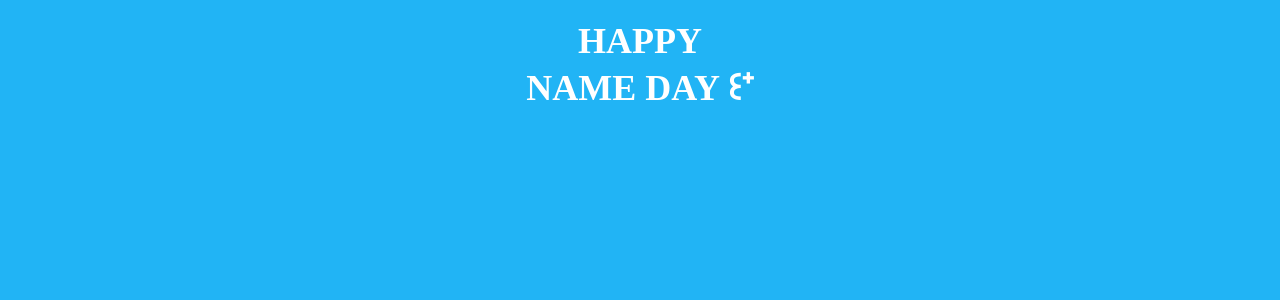
Repository: naps00/BIRTHDAY
Page: /details
The author's editor kept a copy of each file at every save. The page is drawn from the files as they stood at one save, then again after the next save.
The browser window is 1280 px wide. The pictures show the whole page.
The project was rebuilt for these pictures with package versions that can differ from the ones it lists, and the page was loaded fresh each time.

Above is the page before, as saved 2024-12-12 04:03:15.

### src/App.js
import React, { useState } from 'react';
import { BrowserRouter as Router, Route, Routes, Link } from 'react-router-dom';
import './App.css';
import Details from './details.js'; // นำเข้า Details.js

function Home() {
  const [showModal, setShowModal] = useState(false);

  // เมื่อวีดีโอจบ ให้แสดง modal
  const handleVideoEnd = () => {
    setShowModal(true);
  };

  return (
    <div className="App">
      <div className="container">
        <div className="text-section" style={{ flex: 1, display: 'flex', flexDirection: 'column', justifyContent: 'center', alignItems: 'center', textAlign: 'center', height: '100vh', color: 'black', fontSize: 'calc(3vw + 0vh)', fontWeight: 'bold' }}>
          <h2>HAPPY BIRTHDAY !!</h2>
          <p>MY LOVE ♡ </p>
          <img src="https://img2.pic.in.th/pic/fc8c0bdfae313c2ffd700a21b05915d6-removebg-preview.png" alt="Happy Birthday Decoration" style={{width: '200px', height: '200PX' }} />
        </div>

        <div className="video-section">
          <video
            className="video-player"
            controls
            onEnded={handleVideoEnd}
          >
            <source src="https://v1.pinimg.com/videos/mc/720p/3d/2a/3c/3d2a3ca4078af4f14258938781ed5f8e.mp4" type="video/mp4" />
            Your browser does not support the video tag.
          </video>
        </div>
      </div>

      {/* Modal */}
      {showModal && (
        <div className="modal-backdrop">
          <div className="modal-content">
            <h2>Are you ready?</h2>
            {/* เปลี่ยนปุ่ม "ปิด" ให้เป็นลิงค์ไปยังหน้า /details */}
            <Link to="/details">
              <button className="pulse">GO !!</button>
            </Link>
          </div>
        </div>
      )}

      {/* เพิ่มอิโมจิที่วิ้งๆ */}
      <div className="emoji">🌟</div>
      <div className="emoji2">✨</div>
      <div className="emoji3">💕</div>

    </div>
  );
}

function App() {
  return (
    <Router>
      <Routes>
        <Route path="/" element={<Home />} />
        <Route path="/details" element={<Details />} /> {/* เพิ่มเส้นทางสำหรับหน้า /details */}
      </Routes>
    </Router>
  );
}

export default App;

### src/App.css
/* การจัด layout ของแอปพลิเคชัน */
.App {
  background-color: white;
  min-height: 100vh;
  display: flex;
  justify-content: center;
  align-items: center;
}

/* ส่วนที่ใช้จัด layout */
.container {
  display: flex;
  flex-direction: row; /* แบ่งพื้นที่ออกเป็น 2 ส่วน */
  width: 100%;
  height: 100vh;
}

/* ส่วนข้อความ */
.text-section {
  flex: 1;
  display: flex;
  flex-direction: column;
  justify-content: center;
  align-items: center;
  padding: 20px;
  background-color: #f9f9f9;
}

.text-section h1 {
  margin-bottom: 20px;
}

/* ส่วนวีดีโอ */
.video-section {
  flex: 1;
  display: flex;
  justify-content: center;
  align-items: center;
  background-color: #000;
}

.video-player {
  width: 100%; /* ให้วีดีโอเต็มความกว้าง */
  height: 100%; /* ให้วีดีโอเต็มความสูง */
  object-fit: cover; /* ปรับวีดีโอให้เต็มพื้นที่โดยไม่เสียสัดส่วน */

/* การแสดง modal */
}
.modal-backdrop {
  position: fixed;
  top: 0;
  left: 0;
  width: 100%;
  height: 100%;
  background: rgba(0, 0, 0, 0.7);
  display: flex;
  justify-content: center;
  align-items: center;
  z-index: 100; /* ทำให้ modal อยู่เหนือสิ่งอื่น */
  animation: fadeInPop 0.5s ease-out;
}

/* เพิ่ม z-index ให้ modal-content */
.modal-content {
  background: white;
  padding: 20px;
  border-radius: 10px;
  text-align: center;
  box-shadow: 0 2px 10px rgba(0, 0, 0, 0.3);
  animation: slideUp 0.3s ease-out;
  z-index: 101; /* ทำให้เนื้อหาของ modal อยู่เหนือ backdrop */
}

/* การแอนิเมชัน fade-in และ pop-up สำหรับ modal backdrop */
@keyframes fadeInPop {
  0% {
    opacity: 0;
    transform: scale(0.8);
  }
  100% {
    opacity: 1;
    transform: scale(1);
  }
}

body {
  font-family: 'Coiny', cursive;
  margin: 0;
  padding: 0;
  box-sizing: border-box;
  background-color: #fef9ef;
  color: #333;
}

h1, h2, p {
  font-family: 'Coiny', cursive; /* ฟอนต์ใหม่สำหรับข้อความ */
}

button {
  font-family: 'Coiny', cursive;
  font-size: 1.2rem;
  background-color: #ff6f61;
  color: #fff;
  padding: 10px 20px;
  border: none;
  border-radius: 8px;
  cursor: pointer;
  transition: background-color 0.3s ease, transform 0.3s ease;
}

button:hover {
  background-color: #ff3d3d;
  transform: scale(1.1);
}

/* การแอนิเมชัน slide-up สำหรับ modal content */
@keyframes slideUp {
  0% {
    transform: translateY(20px);
    opacity: 0;
  }
  100% {
    transform: translateY(0);
    opacity: 1;
  }
}

.modal-content h2 {
  margin-bottom: 20px;
}

.modal-content button {
  padding: 10px 20px;
  background-color: #007bff;
  color: white;
  border: none;
  border-radius: 5px;
  cursor: pointer;
  transition: transform 0.3s ease, background-color 0.3s ease;
}

/* เอฟเฟกต์เมื่อ hover ปุ่ม */
.modal-content button:hover {
  background-color: #0056b3;
  transform: scale(1.1); /* ขยายขนาดปุ่มเมื่อ hover */
}

/* เอฟเฟกต์การเต้นของปุ่ม */
@keyframes pulse {
  0% {
    transform: scale(1);
    opacity: 1;
  }
  50% {
    transform: scale(1.1);
    opacity: 0.8;
  }
  100% {
    transform: scale(1);
    opacity: 1;
  }
}

.pulse {
  animation: pulse 1.5s infinite;
}

/* อิโมจิวิ้งๆ */
.emoji {
  position: fixed;
  top: 30%;
  right: 50%;
  font-size: 30px;
  animation: smoothBounce 1.4s infinite;
  z-index: 50; /* ทำให้ไอคอนอิโมจิอยู่ใต้ modal */
}
.emoji2 {
  position: fixed;
  top: 18%;
  right: 97%;
  font-size: 30px;
  animation: smoothBounce 1.5s infinite;
  z-index: 50; /* ทำให้ไอคอนอิโมจิอยู่ใต้ modal */
}
.emoji3 {
  position: fixed;
  top: 63%;
  right: 65%;
  font-size: 50px;
  animation: smoothBounce 3s infinite;
  z-index: 50; /* ทำให้ไอคอนอิโมจิอยู่ใต้ modal */
}
/* การกระพิบ */
/* @keyframes fadeInOut {
  0%, 100% {
    opacity: 0;
  }
  50% {
    opacity: 1;
  }
}

.fade {
  animation: fadeInOut 1s infinite;
} */

/* การแอนิเมชันวิ้ง */
@keyframes smoothBounce {
  0%, 100% {
    transform: translateY(0);
    opacity: 1;
  }
  25% {
    transform: translateY(-1px);
    opacity: 1;
  }
  50% {
    transform: translateY(-1px);
    opacity: 1;
  }
  75% {
    transform: translateY(5px);
    opacity: 1;
  }
}


/* การแอนิเมชัน zoom-in */
@keyframes zoomIn {
  0% {
    transform: scale(0.8);
    opacity: 0;
  }
  100% {
    transform: scale(1);
    opacity: 1;
  }
}

.zoom-in {
  animation: zoomIn 0.4s ease-out;
}

/* เอฟเฟกต์ fade-in สำหรับเนื้อหาที่โหลด */
.fade-in {
  opacity: 0;
  animation: fadeIn 1s forwards;
}

@keyframes fadeIn {
  from {
    opacity: 0;
  }
  to {
    opacity: 1;
  }
}

### src/details.js
import React, { useState, useEffect } from 'react';
import './details.css';

function DetailsPage() {
  const [isBlue, setIsBlue] = useState(true);

  // ฟังก์ชันเพื่อสลับสีพื้นหลังทุก 2 วินาที
  useEffect(() => {
    const interval = setInterval(() => {
      setIsBlue((prev) => !prev);
    }, 2000); // สลับทุก 2 วินาที

    return () => clearInterval(interval); // เคลียร์ interval เมื่อคอมโพเนนต์ถูก unmount
  }, []);

  return (
    <div className={`details-page ${isBlue ? 'blue' : 'pink'}`}>
      <div className="content">
        <h1>
          HAPPY <br />
          NAME DAY ꒰⁺
        </h1>
      </div>
    </div>
  );
}

export default DetailsPage;

### src/details.css
.details-page {
  display: flex;
  justify-content: center; /* จัดให้ข้อความอยู่กลางแนวนอน */
  align-items: flex-start; /* จัดให้ข้อความอยู่ที่ด้านบนสุด */
  height: 100vh;
  transition: background-color 2s ease-in-out;
}

.details-page.blue {
  background-color: #00bfff; /* ฟ้าสด */
}

.details-page.pink {
  background-color: #ff69b4; /* ชมพูสด */
}

.content h1 {
  font-size: 36px;
  font-weight: bold;
  color: white;
  text-align: center;
  margin: 0;
  padding-top: 20px; /* ระยะห่างจากขอบบน */
}

Loaded but not shown: public/index.html (common file); src/index.js (common file); src/index.css (common file); src/reportWebVitals.js (common file)

After the next save:
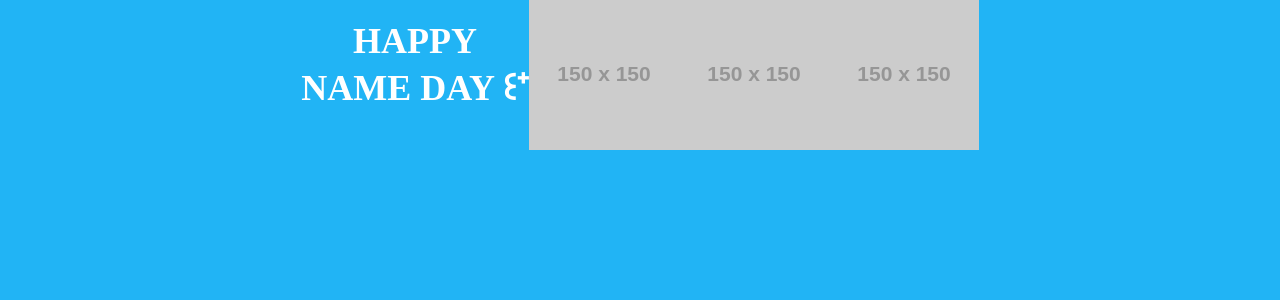
Saved 3 min 27 s later.
--- a/src/details.js
+++ b/src/details.js
@@ -21,6 +21,12 @@ function DetailsPage() {
           NAME DAY ꒰⁺
         </h1>
       </div>
+      <div className="card-stack">
+        {/* ใส่ภาพที่ต้องการ */}
+        <img src="https://via.placeholder.com/150" alt="card" className="card" />
+        <img src="https://via.placeholder.com/150" alt="card" className="card" />
+        <img src="https://via.placeholder.com/150" alt="card" className="card" />
+      </div>
     </div>
   );
 }
